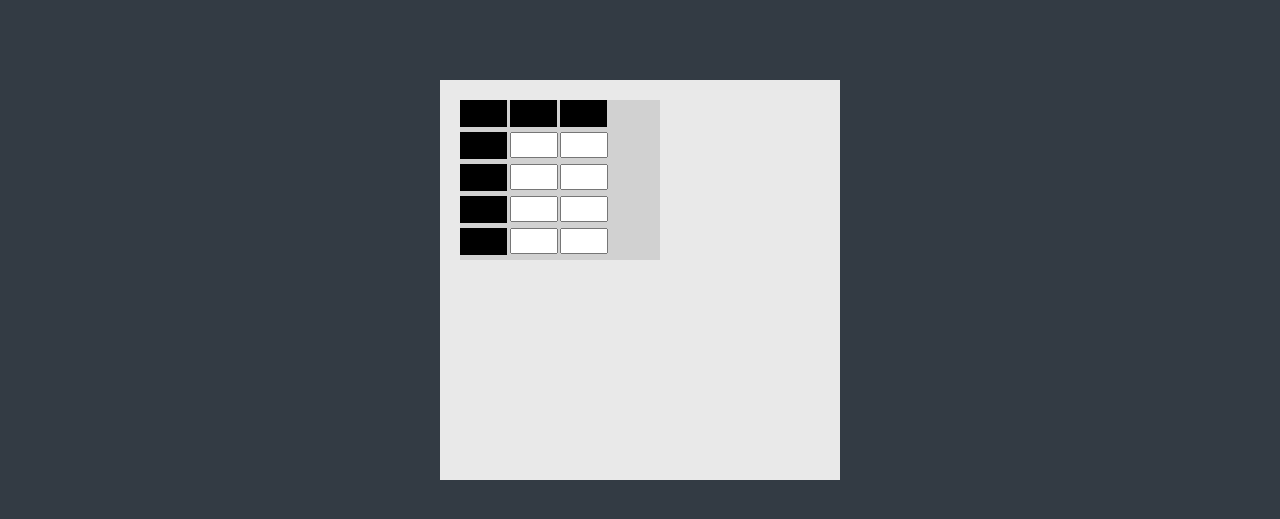
Repository: piookr-wsei/8086
Page: /
These files come from the project's save history. The page is drawn as it stood at one moment and after a run of saves; the edit follows.
The browser window is 1280 px wide. The pictures show the whole page.
The project was rebuilt for these pictures with package versions that can differ from the ones it lists, and the page was loaded fresh each time.

Above is the page before, as saved 2022-06-17 00:12:03.

After the next 2 saves:
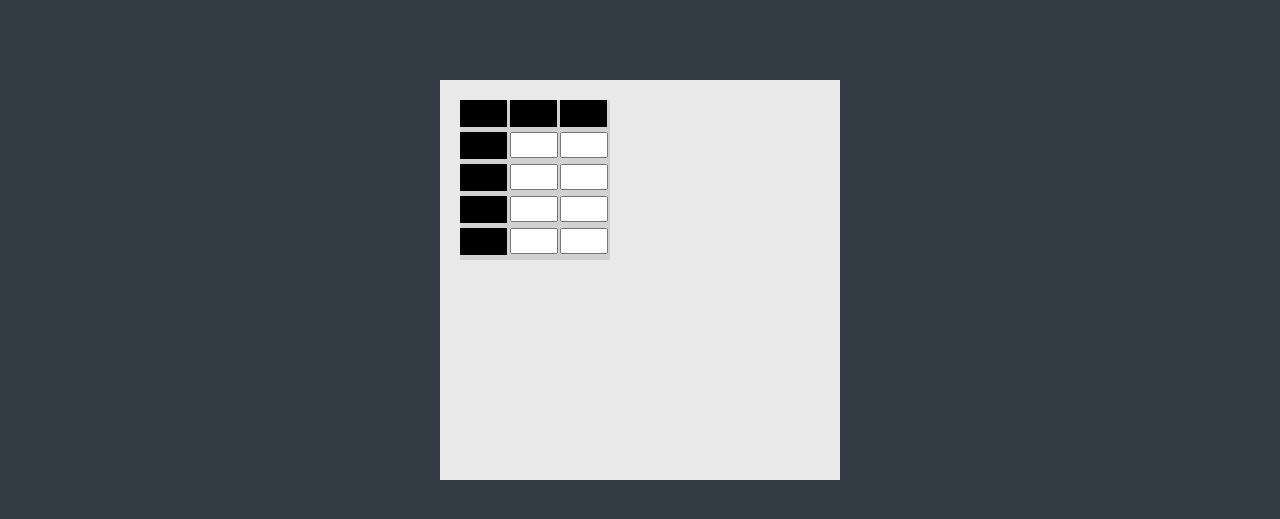
The 2 saves are shown as one change because they came seconds apart.
The last was saved 7 s later.
--- a/src/Components/Components.elements.js
+++ b/src/Components/Components.elements.js
@@ -15,7 +15,7 @@ border: 20px solid transparent;
 `
 
 export const RegWrapper = styled.div`
-width: 200px;
+width: 150px;
 background: rgba(0,0,0,0.1);
 position: relative;
 left: 0;
